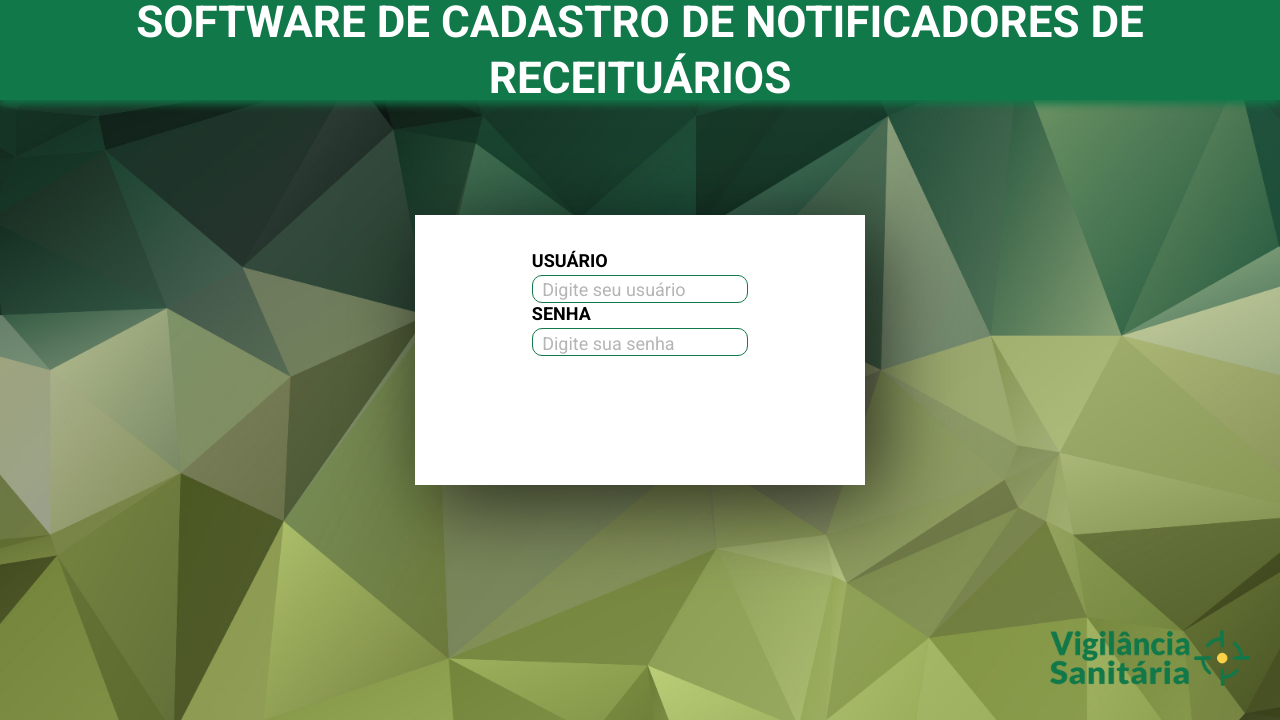
Repository: milena-rosa/web-prescription-notifier
Page: /
An editor plug-in stored every save of this project. The page is shown before and after the next save, followed by the edit.
The browser window is 1280 px wide. The pictures show the whole page.
The project was rebuilt for these pictures with package versions that can differ from the ones it lists, and the page was loaded fresh each time. Also part of the build but not shown: src/pages/Home/styles.ts, src/pages/Home/index.tsx.

Above is the page before, as saved 2021-11-07 13:24:12.

### public/index.html
<!DOCTYPE html>
<html lang="en">

<head>
  <meta charset="utf-8" />
  <link rel="preconnect" href="https://fonts.googleapis.com">
  <link rel="preconnect" href="https://fonts.gstatic.com" crossorigin>
  <link href="https://fonts.googleapis.com/css2?family=Roboto:wght@400;700&display=swap" rel="stylesheet">
  <!-- <link rel="icon" href="%PUBLIC_URL%/favicon.ico" /> -->
  <meta name="viewport" content="width=device-width, initial-scale=1" />
  <meta name="theme-color" content="#000000" />
  <title>Cadastro de Notificadores de Receituários</title>
</head>

<body>
  <noscript>You need to enable JavaScript to run this app.</noscript>
  <div id="root"></div>
</body>

</html>

### src/index.tsx
import React from 'react'
import ReactDOM from 'react-dom'

import { App } from './App'

ReactDOM.render(
  <React.StrictMode>
    <App />
  </React.StrictMode>,
  document.getElementById('root')
)

### src/App.tsx
import React from 'react'
import { BrowserRouter as Router } from 'react-router-dom'

import { Routes } from './routes'
import { GlobalStyle } from './styles/global'

export function App() {
  return (
    <Router>
      <Routes />
      <GlobalStyle />
    </Router>
  )
}

### src/routes/index.tsx
import React from 'react'
import { Switch } from 'react-router-dom'

import { Home } from '../pages/Home'
import { SignIn } from '../pages/SignIn'
import { Route } from './Route'

// import { useAuth } from '../hooks/useAuth'

export function Routes() {
  // const { loading } = useAuth()

  // if (loading) {
  //   return <h1>Abrindo...</h1>
  // }

  return (
    <Switch>
      <Route path="/" exact component={SignIn} />
      <Route path="/home" exact component={Home} isPrivate />
    </Switch>
  )
}

### src/styles/global.ts
import { createGlobalStyle } from 'styled-components'

export const GlobalStyle = createGlobalStyle`
  :root {
    --black: #000000;
    --gray: #b5b5b5;
    --white: #ffffff;

    --green-primary: #117849;
    --green-primary-70: rgba(17, 120, 73, 0.7);
    --green-primary-30: rgba(17, 120, 73, 0.3);
    --green-primary-5: rgba(17, 120, 73, 0.05);

    --light-green: #dbebe4;
    --brownish-green: #51665c;

    --red: #ff0000;
    --yellow: #f6ff8f;
  }

  * {
    box-sizing: border-box;
    margin: 0;
    padding: 0;
  }

  html {
    @media (max-width: 1080px) {
      font-size: 93.75%; // 15px
    }

    @media (max-width: 720px) {
      font-size: 87.5%; // 14px
    }
  }

  body {
    background: var(--white);
    color: var(--black);
    -webkit-font-smoothing: antialiased;
  }

  body, input, textarea, button, select {
    font-family: 'Roboto', sans-serif;
    font-weight: 400;
  }

  button {
    border: none;
    cursor: pointer;
  }

  .react-modal-overlay {
    align-items: center;
    background: rgba(0, 0, 0, 0.5);
    bottom: 0;
    display: flex;
    justify-content: center;
    left: 0;
    position: fixed;
    right: 0;
    top: 0;
    z-index: 11;
  }

  .react-modal-content {
    background: var(--white);
    border-radius: 0.25rem;
    min-height: 2.4rem;
    max-width: 41rem;
    position: relative;
    z-index: 12;
  }

  .react-modal-close {
    background: transparent;
    border: 0;
    position: absolute;
    right: 1rem;
    top: 1rem;
    transition: filter 0.2s;

    &:hover {
      filter: brightness(0.8);
    }
  }
`

### src/pages/SignIn/index.tsx
import React from 'react'

import logo from '../../assets/logo.png'
import { Input } from '../../components/Input'
import { useForm } from '../../hooks/useForm'
import { Container } from './styles'

interface SignInFormValues {
  user: string
  password: string
}

export const SignIn: React.FC = () => {
  const {
    data: { user, password },
    handleChange,
    errors
  } = useForm<SignInFormValues>({
    initialValues: { user: '', password: '' },
    onSubmit: (event) => console.log(event),
    validations: {
      user: { required: { value: true, message: 'Preencha o campo obrigatório.' } },
      password: { required: { value: true, message: 'Preencha o campo obrigatório.' } }
    }
  })

  return (
    <Container>
      <header>Software de Cadastro de Notificadores de Receituários</header>
      <div>
        <Input
          name="user"
          label="Usuário"
          type="text"
          placeholder="Digite seu usuário"
          value={user}
          onChange={handleChange('user')}
          errors={errors.user}
        />
        <Input
          name="password"
          label="Senha"
          type="password"
          placeholder="Digite sua senha"
          value={password}
          onChange={handleChange('password')}
          errors={errors.password}
        />
      </div>
      <footer>
        <img src={logo} alt="Vigilância Sanitária" />
      </footer>
    </Container>
  )
}

### src/routes/Route.tsx
import React, { ComponentType } from 'react'
import { RouteProps as ReactDOMRouteProps, Route as ReactDOMRoute, Redirect } from 'react-router-dom'

interface IRouteProps extends ReactDOMRouteProps {
  isPrivate?: boolean
  component: ComponentType
}

export function Route({ isPrivate = false, component: Component, ...rest }: IRouteProps) {
  const isSigned = false

  return (
    <ReactDOMRoute
      {...rest}
      render={({ location }) =>
        (isPrivate && isSigned) || (!isPrivate && !isSigned) ? (
          <Component />
        ) : (
          <Redirect
            to={{
              pathname: isPrivate ? '/' : '/home',
              state: { from: location }
            }}
          />
        )
      }
    />
  )
}

### src/components/Input/index.tsx
import React, { InputHTMLAttributes, useCallback, useState } from 'react'

import { Container, InputInformationContainer, Error, InputContainer } from './styles'

interface InputProps extends InputHTMLAttributes<HTMLInputElement> {
  name: string
  label?: string
  errors?: string
  containerStyle?: object
  inputStyle?: object
}

export const Input = ({
  name,
  label,
  containerStyle = {},
  inputStyle = {},
  errors,
  value,
  onBlur,
  disabled = false,
  ...rest
}: InputProps) => {
  const [isFocused, setIsFocused] = useState(false)

  const handleInputFocus = useCallback(() => {
    setIsFocused(true)
  }, [])

  const handleInputBlur = useCallback(
    (event: React.FocusEvent<HTMLInputElement>) => {
      if (onBlur) {
        onBlur(event)
      }
      setIsFocused(false)
    },
    [onBlur]
  )

  return (
    <Container>
      <InputInformationContainer>{!!label && <label htmlFor={name}>{label}</label>}</InputInformationContainer>
      <InputContainer style={containerStyle} isFocused={isFocused} isInvalid={!!errors} disabled={disabled}>
        <input
          {...rest}
          value={value || ''}
          id={name}
          name={name}
          onFocus={handleInputFocus}
          onBlur={handleInputBlur}
          style={inputStyle}
        />
      </InputContainer>
      {!!errors && <Error>{errors}</Error>}
    </Container>
  )
}

### src/hooks/useForm.ts
import { ChangeEvent, FormEvent, useState } from 'react'

interface Validation {
  required?: {
    value: boolean
    message: string
  }
  pattern?: {
    value: string
    message: string
  }
  custom?: {
    isValid: (value: any) => boolean
    message: string
  }
}

type Validations<T extends {}> = Partial<Record<keyof T, Validation>>
type ErrorRecord<T> = Partial<Record<keyof T, string>>

export type FormOptions<T extends {}> = {
  validations?: Validations<T>
  initialValues?: Partial<T>
  onSubmit?: (event?: any) => void
}

export type FormReturn<T extends {}> = {
  data: T
  handleChange: <S extends unknown>(
    key: keyof T,
    sanitizeFn?: ((value: string) => S) | undefined
  ) => (event: ChangeEvent<HTMLInputElement & HTMLSelectElement & HTMLTextAreaElement>) => void
  handleSubmit: (event: FormEvent<HTMLFormElement>) => Promise<void>
  reset: () => void
  setValue: (key: keyof T, value: any) => void
  errors: Partial<Record<keyof T, string>>
}

export const useForm = <T extends Record<keyof T, any>>(options?: FormOptions<T>) => {
  const [data, setData] = useState<T>((options?.initialValues || {}) as T)
  const [errors, setErrors] = useState<ErrorRecord<T>>({})

  const handleChange =
    <S extends unknown>(key: keyof T, sanitizeFn?: (value: string) => S) =>
    (event: ChangeEvent<HTMLInputElement & HTMLSelectElement & HTMLTextAreaElement>) => {
      const value =
        event.target.type === 'checkbox'
          ? event.target.checked
          : sanitizeFn
          ? sanitizeFn(event.target.value)
          : event.target.value

      setData({
        ...data,
        [key]: value
      })
    }

  const handleSubmit = async (event: FormEvent<HTMLFormElement>) => {
    event?.preventDefault()

    const validations = options?.validations
    if (validations) {
      let valid = true
      const newErrors: Partial<Record<keyof T, string>> = {}

      for (const key in validations) {
        const value = data[key]
        const validation = validations[key]

        if (validation?.required?.value && !value) {
          valid = false
          newErrors[key] = validation?.required?.message
        }

        const pattern = validation?.pattern
        if (pattern?.value && !RegExp(pattern.value).test(value)) {
          valid = false
          newErrors[key] = pattern.message
        }

        const custom = validation?.custom
        if (custom?.isValid && !custom.isValid(value)) {
          valid = false
          newErrors[key] = custom.message
        }
      }

      if (!valid) {
        setErrors(newErrors)
        return
      }
    }

    setErrors({})

    if (options?.onSubmit) {
      options.onSubmit()
    }
  }

  const reset = () => {
    setData({} as T)
    setErrors({})
  }

  const setValue = (key: keyof T, value: any) => {
    setData({
      ...data,
      [key]: value
    })
  }

  return {
    data,
    handleChange,
    handleSubmit,
    reset,
    setValue,
    errors
  }
}

### src/pages/SignIn/styles.ts
import styled from 'styled-components'

import backgroundImg from '../../assets/background.png'

export const Container = styled.div`
  align-items: center;
  background: url(${backgroundImg}) no-repeat center center fixed;
  background-size: cover;
  bottom: 0;
  display: flex;
  flex-direction: column;
  justify-content: space-between;
  left: 0;
  position: fixed;
  right: 0;
  top: 0;
  z-index: 11;

  header {
    align-items: center;
    background: var(--green-primary);
    color: var(--white);
    display: flex;
    filter: drop-shadow(0px 4px 4px var(--green-primary));
    font-weight: bold;
    font-size: 2.75rem;
    height: 6.25rem;
    justify-content: center;
    line-height: 3.5rem;
    text-align: center;
    text-transform: uppercase;
    width: 100%;
  }

  > div {
    align-items: center;
    background-color: var(--white);
    display: flex;
    filter: drop-shadow(15px 15px 42px rgba(0, 0, 0, 0.7));
    flex-direction: column;
    height: 16.875rem;
    padding: 2.1875rem 4.6875rem;
    width: 28.125rem;
  }

  footer {
    /* background: lime; */
    align-self: flex-end;

    > img {
      margin: 1.875rem;
      width: 12.5rem;
    }
  }
`

### src/components/Input/styles.ts
import styled, { css } from 'styled-components'

export const Container = styled.div`
  display: flex;
  flex-direction: column;
`

interface InputContainerProps {
  isFocused: boolean
  isInvalid: boolean
  disabled: boolean
}

export const InputContainer = styled.div<InputContainerProps>`
  background: ${(props) => (props.disabled ? 'var(--gray-20)' : 'var(--green-primary-15)')};
  border: 1px solid ${(props) => (props.disabled ? 'transparent' : 'var(--green-primary)')};
  border-radius: 0.625rem;
  color: ${(props) => (props.disabled ? 'var(--gray-60)' : 'var(--black)')};
  height: 1.76rem;
  position: relative;

  ${(props) =>
    props.isFocused &&
    css`
      border-color: var(--blue-primary);
    `}

  ${(props) =>
    props.isInvalid &&
    css`
      border-color: var(--orange);
    `}

  input {
    background: transparent;
    border: 0;
    font-size: 1.125rem;
    line-height: 1.3125rem;
    height: 100%;
    min-height: 1.76rem;
    outline: 0;
    padding-left: 0.58rem;
    width: 100%;

    &::placeholder {
      color: var(--gray);
    }
  }
`

export const InputInformationContainer = styled.div`
  align-items: baseline;
  display: flex;
  justify-content: space-between;

  label {
    color: var(--black);
    display: block;
    font-size: 1.125rem;
    font-weight: bold;
    line-height: 1.3125rem;
    text-transform: uppercase;
    margin-bottom: 0.25rem;
  }
`

export const Error = styled.p`
  color: var(--orange);
  font-size: 1rem;
  line-height: 1.25rem;
  margin-top: 0.5rem;
`

After the next save:
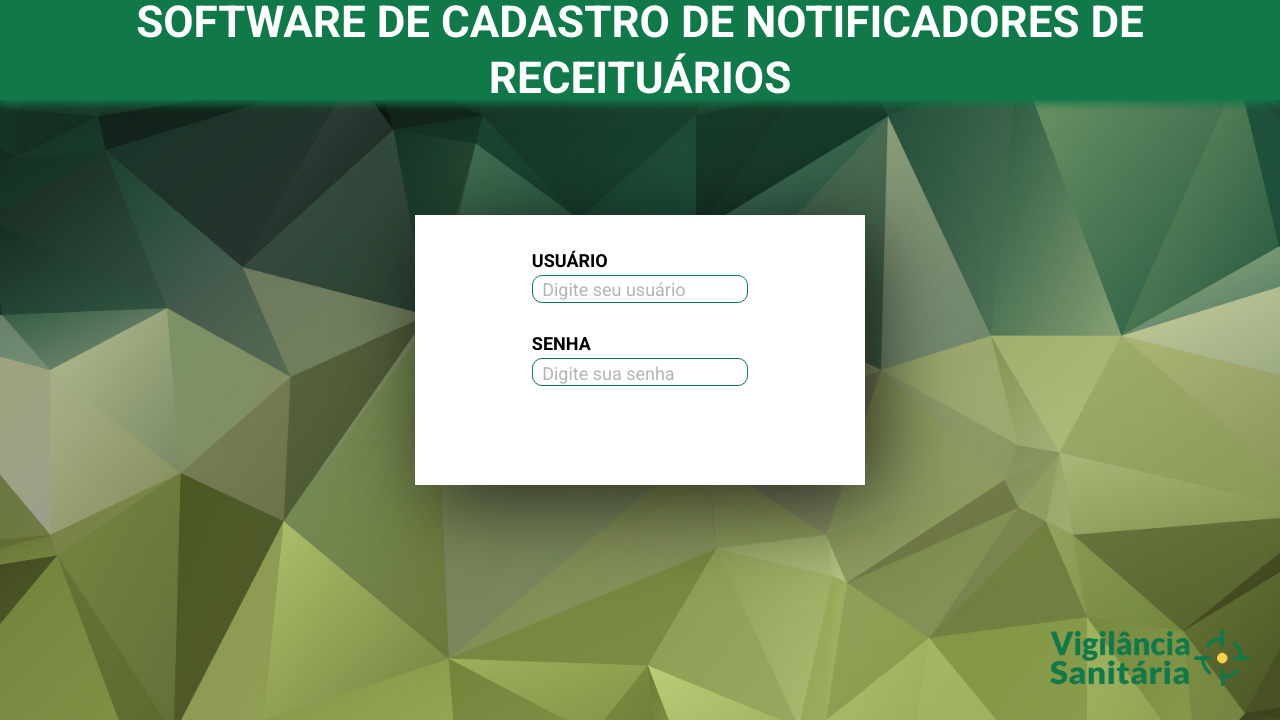
Saved 59 s later.
--- a/src/pages/SignIn/index.tsx
+++ b/src/pages/SignIn/index.tsx
@@ -36,6 +36,7 @@
           value={user}
           onChange={handleChange('user')}
           errors={errors.user}
+          containerStyle={{ marginBottom: '1.875rem' }}
         />
         <Input
           name="password"
